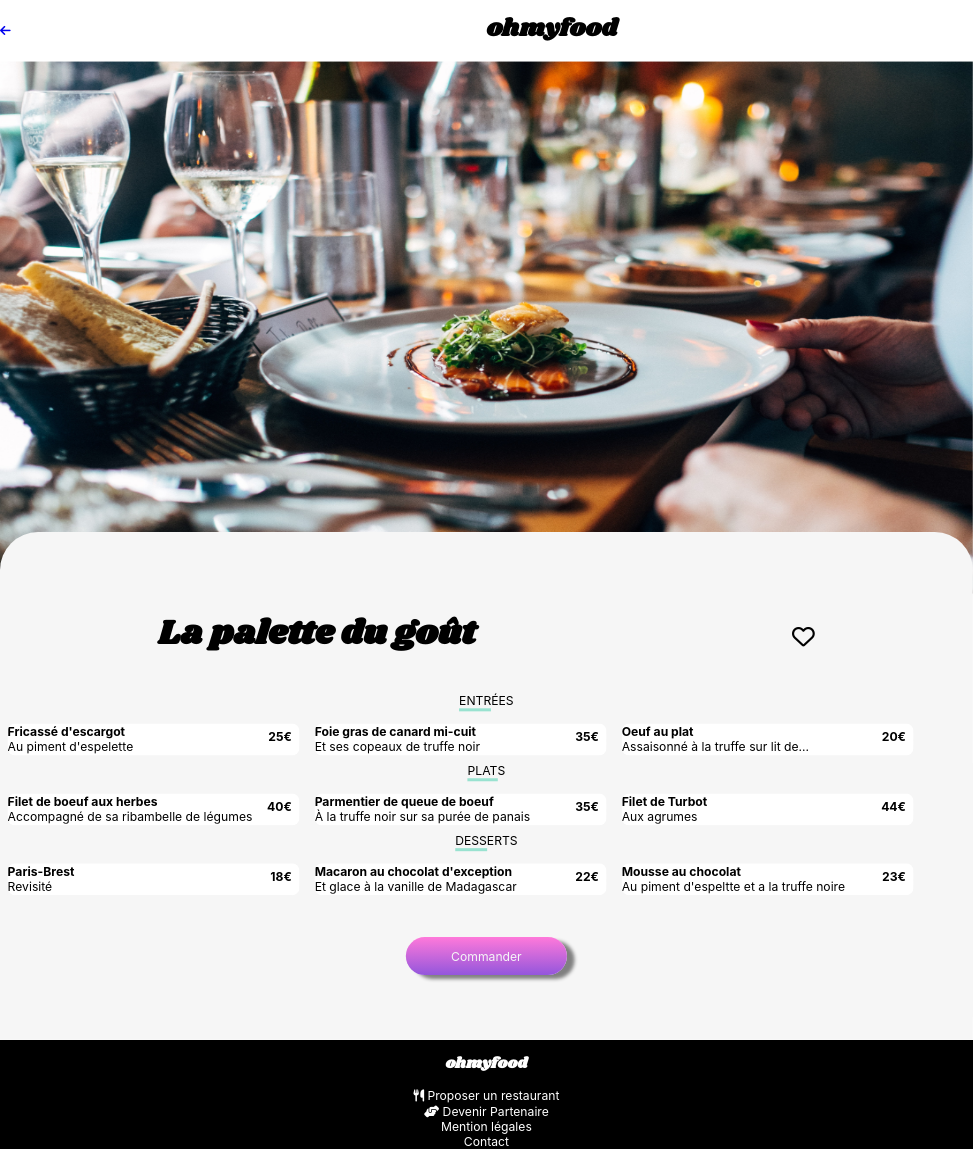
Repository: yacinebouk/ohmyfood
Page: palette.html
An editor plug-in stored every save of this project. The page is shown before and after the next save, followed by the edit.
The browser window is 1280 px wide. The pictures show the whole page, at 76% of full size.
Some web libraries are served in a nearby version. The style sheet was rebuilt from its Sass, Less or Tailwind sources for each picture, by a compiler version that may differ from the author's.

Above is the page before, as saved 2022-06-28 14:14:09.

### palette.html
<!DOCTYPE html>
<html lang="fr">

<head>
    <script src="https://kit.fontawesome.com/225bbe1e2d.js" crossorigin="anonymous"></script>
    <meta charset="utf-8" />
    <title>ohmyfood</title>
    <link rel="stylesheet" href="style/francaise.css" />
    <meta name="viewport" content="width=device-width, initial-scale=1">

</head>

<body>
    <main>
        <header>
            <div class="tittle-head">
                <div class="logo-tittle"><a href="./index.html"><i class="fa-solid fa-arrow-left"></i></a></div>
                <h1 class="tittle">ohmyfood</h1>
            </div>
            <div class="img-restaurant"><img src="./images/restaurants/jay-wennington-N_Y88TWmGwA-unsplash.jpg" width="100%" height="100%" class="logo" alt="francaise"></div>
        </header>
        <section class="food">
            <div class="french-tittle">
                <h2><b>La palette du goût</b> </h2>
                <div class="logo-heart"><i class="fa-regular fa-heart"></i></div>
            </div>
            <div class="starter">
                <div class="tittle"><span>ENTR</span>ÉES</div>
                <div class="block">
                    <div class="border">
                        <div class="text">
                            <div class="major"><b>Fricassé d'escargot</b></div>
                            <div class="flavors">Au piment d'espelette</div>
                        </div>
                        <div class="block-price">
                            <div class="price"><b>25€</b></div>
                            <div class="icon-slide"><i class="fa-solid fa-circle-check"></i></div>
                        </div>
                    </div>
                    <div class="border">
                        <div class="text">
                            <div class="major"><b>Foie gras de canard mi-cuit</b></div>
                            <div class="flavors">Et ses copeaux de truffe noir</div>
                        </div>
                        <div class="block-price">
                            <div class="price"><b>35€</b></div>
                            <div class="icon-slide"><i class="fa-solid fa-circle-check"></i></div>
                        </div>
                    </div>
                    <div class="border">
                        <div class="text">
                            <div class="major"><b>Oeuf au plat</b></div>
                            <div class="flavors">Assaisonné à la truffe sur lit de...</div>
                        </div>
                        <div class="block-price">
                            <div class="price"><b>20€</b></div>
                            <div class="icon-slide"><i class="fa-solid fa-circle-check"></i></div>
                        </div>
                    </div>
                </div>
                <div class="dishes">
                    <div class="tittle"><span>PLAT</span>S</div>
                    <div class="block">
                        <div class="border">
                            <div class="text">
                                <div class="major"><b>Filet de boeuf aux herbes</b></div>
                                <div class="flavors">Accompagné de sa ribambelle de légumes</div>
                            </div>
                            <div class="block-price">
                                <div class="price"><b>40€</b></div>
                                <div class="icon-slide"><i class="fa-solid fa-circle-check"></i></div>
                            </div>
                        </div>
                        <div class="border">
                            <div class="text">
                                <div class="major"><b>Parmentier de queue de boeuf</b></div>
                                <div class="flavors">À la truffe noir sur sa purée de panais</div>
                            </div>
                            <div class="block-price">
                                <div class="price"><b>35€</b></div>
                                <div class="icon-slide"><i class="fa-solid fa-circle-check"></i></div>
                            </div>
                        </div>
                        <div class="border">
                            <div class="text">
                                <div class="major"><b>Filet de Turbot</b></div>
                                <div class="flavors">Aux agrumes</div>
                            </div>
                            <div class="block-price">
                                <div class="price"><b>44€</b></div>
                                <div class="icon-slide"><i class="fa-solid fa-circle-check"></i></div>
                            </div>
                        </div>
                    </div>
                </div>
            </div>
            <div class="dessert">
                <div class="tittle"><span>DESS</span>ERTS</div>
                <div class="block">
                    <div class="border">
                        <div class="text">
                            <div class="major"><b>Paris-Brest</b></div>
                            <div class="flavors">Revisité</div>
                        </div>
                        <div class="block-price">
                            <div class="price"><b>18€</b></div>
                            <div class="icon-slide"><i class="fa-solid fa-circle-check"></i></div>
                        </div>
                    </div>
                    <div class="border">
                        <div class="text">
                            <div class="major"><b>Macaron au chocolat d'exception</b></div>
                            <div class="flavors">Et glace à la vanille de Madagascar</div>
                        </div>
                        <div class="block-price">
                            <div class="price"><b>22€</b></div>
                            <div class="icon-slide"><i class="fa-solid fa-circle-check"></i></div>
                        </div>
                    </div>
                    <div class="border">
                        <div class="text">
                            <div class="major"><b>Mousse au chocolat</b></div>
                            <div class="flavors">Au piment d'espeltte et a la truffe noire</div>
                        </div>
                        <div class="block-price">
                            <div class="price"><b>23€</b></div>
                            <div class="icon-slide"><i class="fa-solid fa-circle-check"></i></div>
                        </div>
                    </div>
                </div>
            </div>
            <div class="order">
                <span>Commander</span>
            </div>
        </section>
        <footer>
            <div class="frame-end">
                <h3>ohmyfood</h3>
                <div class="end">
                    <div class="propose"> <i class="fa-solid fa-utensils"></i> Proposer un restaurant</div>
                    <div class="partner"> <i class="fa-solid fa-handshake-angle"></i> Devenir Partenaire</div>
                    <div class="mention">Mention légales</div>
                    <div class="contact">
                        <a href="mailto">Contact</a></div>
                </div>
            </div>
        </footer>
    </main>
</body>

### style/francaise.scss
         @font-face {
             font-family: 'Shrikhand';
             src: url('./Shrikhand-Regular.otf');
         }

         html {
             font-family: -apple-system, BlinkMacSystemFont, 'Segoe UI', Roboto, Oxygen, Ubuntu, Cantarell, 'Open Sans', 'Helvetica Neue', sans-serif;
         }

         header {
             height: 700px;
         }

         main {
             font-size: 16px;
         }

         body {
             margin: 0;
         }

         .img-restaurant {
             height: 100%;
             position: relative;
         }

         .tittle-head {
             display: flex;
             flex-direction: row;
         }

         .logo-heart {
             text-align: center;
             padding-top: 47px;
         }

         .logo-tittle {
             padding-top: 30px;
             width: 50%;
         }

         .food {
             padding-top: 30px;
             display: flex;
             flex-direction: column;
             justify-content: center;
             background-color: #f6f6f6;
             position: relative;
             width: 100%;
             border-radius: 50px 50px 0px 0px;
             height: auto;
         }

         .french-tittle {
             font-size: 30px;
             display: flex;
             flex-direction: row;
             justify-content: center;
             padding-top: 43px;
             padding-bottom: 10px;
             justify-content: space-around;
         }

         .french-text {
             padding-right: 30px;
         }

         .tittle {
             text-align: center;
         }

         .tittle span {
             border-bottom: #99E2D0 solid 4px;
         }

         .block {
             padding-top: 10px;
             display: flex;
             flex-direction: row;
         }

         @-webkit-keyframes fadein {
             from {
                 opacity: 0;
             }
             to {
                 opacity: 1;
             }
         }

         .border {
             overflow: hidden;
             margin: 10px;
             border-radius: 10px;
             background-color: white;
             width: 30%;
             display: flex;
             justify-content: space-between;
             flex-direction: row;
             opacity: 0;
         }

         .border {
             animation: slideUp 1s forwards;
         }

         .border:nth-child(1) {
             animation-delay: .25s;
         }

         .border:nth-child(2) {
             animation-delay: 0.5s;
         }

         .border:nth-child(3) {
             animation-delay: 0.75s;
         }

         @keyframes slideUp {
             0% {
                 transform: translateY(20px);
             }
             100% {
                 transform: translateY(0px);
                 opacity: 1;
             }
         }

         .price {
             align-items: end;
             display: flex;
             padding: 15px 0px;
             padding-top: 7px;
             margin-right: 10px;
             transition-duration: 1000ms;
             & b {
                 overflow: hidden;
                 text-overflow: ellipsis;
                 transition-duration: 1000ms;
             }
         }

         footer {
             position: relative;
             clear: both;
         }

         .order {
             padding-top: 60px;
             text-align: center;
             padding-bottom: 100px;
         }

         .frame-end {
             text-align: center;
             background-color: black;
             color: white;
             display: flex;
             flex-direction: column;
         }

         h3 {
             font-family: 'Shrikhand';
             font-size: 20px;
         }

         h1 {
             font-family: 'Shrikhand';
         }

         h2 {
             font-family: 'Shrikhand';
         }

         .order span {
             box-shadow: grey 10px 5px 5px;
             background: linear-gradient(#FF79DA, #9356DC);
             border-radius: 50px 50px;
             padding: 15px 60px 15px 60px;
             color: #f6f6f6;
         }

         .border:hover .icon-slide {
             width: 40px;
         }

         .border:hover .icon-slide>i {
             transform: rotate(360deg);
         }

         .border:after .icon-slide {
             width: 10px;
         }

         .border:hover .pd-15 {
             width: calc(100% - 100px);
         }

         .flavors {
             white-space: nowrap;
             overflow: hidden;
             text-overflow: ellipsis;
             display: block;
             width: 100%;
         }

         .icon-slide {
             transition: width 0.5s ease;
             width: 0px;
             align-items: center;
             background-color: #99E2D0;
             color: white;
             display: flex;
             justify-content: center;
             align-items: center;
             i {
                 transition: 0.5s;
             }
         }

         .text {
             overflow: hidden;
             text-overflow: ellipsis;
             width: auto;
         }

         .flavors {
             overflow: hidden;
             text-overflow: ellipsis;
         }

         .block-price {
             display: flex;
             overflow: hidden;
         }

         .contact a {
             text-decoration: none white;
             color: white;
         }

         @media screen and (min-width: 320px) and (max-width: 768px) {
             .starter {
                 display: flex;
                 justify-content: space-between;
                 flex-direction: column;
             }
             .block {
                 display: flex;
                 justify-content: space-between;
                 flex-direction: column;
             }
             .border {
                 width: auto;
             }
             .french-tittle {
                 justify-content: space-between;
                 margin-left: 15px;
             }
             .tittle {
                 text-align: initial;
                 margin-left: 15px;
             }
             h1 {
                 font-size: 24px;
             }
             .logo-heart {
                 padding-top: 13px;
                 margin-right: 20px;
             }
             .logo-tittle {
                 padding-top: 20px;
             }
             .tittle-head {
                 margin: 0;
                 padding: 0;
                 width: 50%;
             }
             .frame-end {
                 text-align: initial;
             }
             h2 {
                 margin-left: 15px;
             }
             .end {
                 margin-left: 15px;
             }
         }

After the next save:
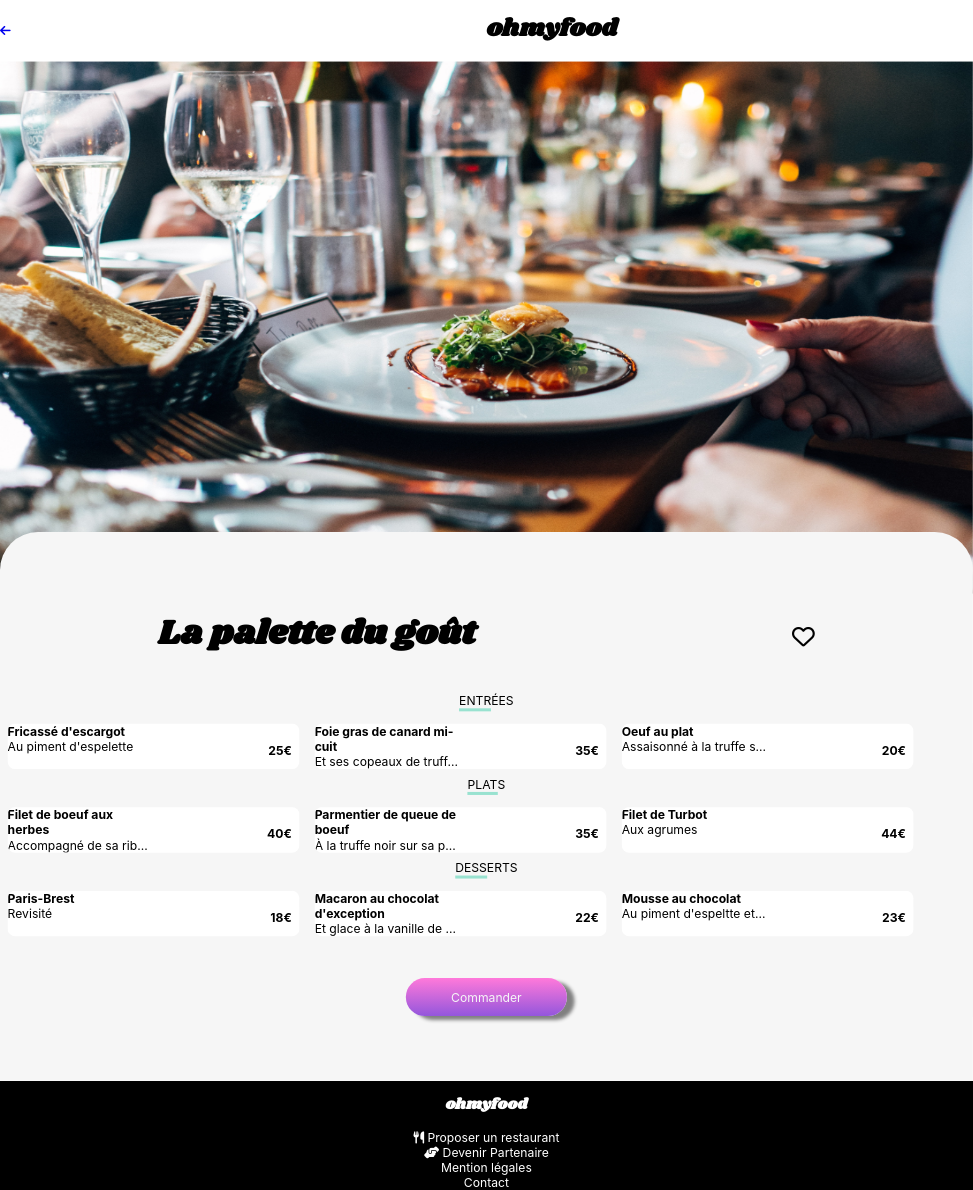
Saved 19 s later.
--- a/style/francaise.scss
+++ b/style/francaise.scss
@@ -221,7 +221,7 @@
          .text {
              overflow: hidden;
              text-overflow: ellipsis;
-             width: auto;
+             width: 50%;
          }
 
          .flavors {
